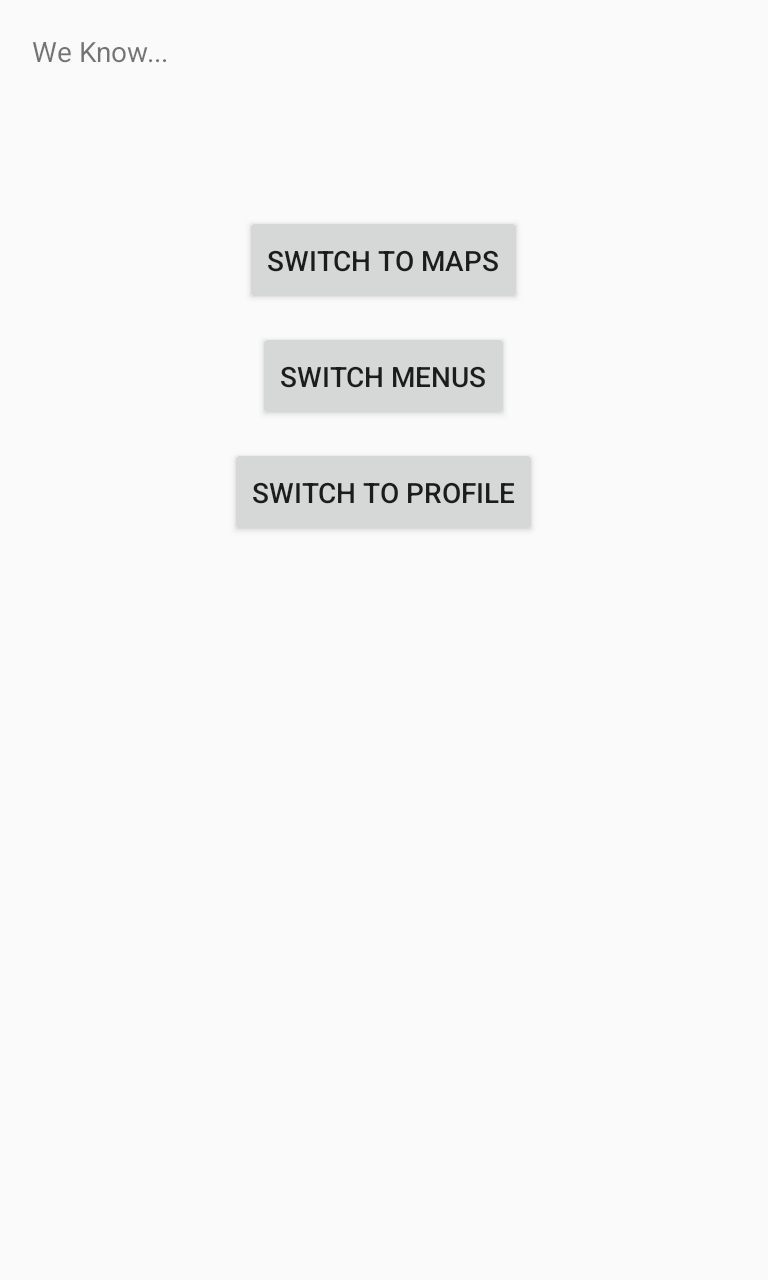
Repository: morgancundiff/TrollApp
Layout: Troll/res/layout/activity_main.xml
The author's editor kept a copy of each file at every save. The layout is drawn from the files as they stood at one save, then again after the next save.
It is drawn on a 768 x 1280 px phone screen (xhdpi) without system bars, with theme AppTheme; the app's code is not run.

Above is the layout before, as saved 2014-05-29 03:55:05.

After the next save:
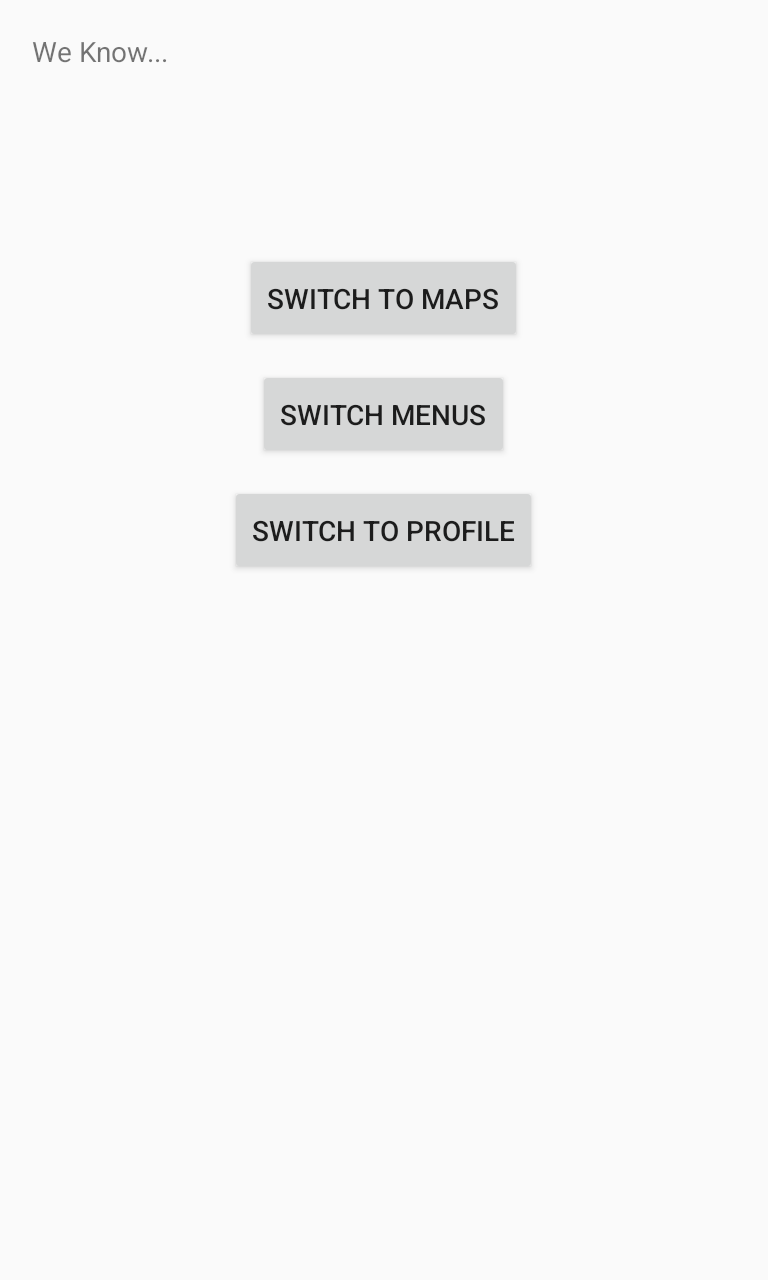
Saved 2 min 15 s later.
--- a/Troll/res/layout/activity_main.xml
+++ b/Troll/res/layout/activity_main.xml
@@ -17,7 +17,7 @@
         android:id="@+id/mapsBtn"
         android:layout_width="wrap_content"
         android:layout_height="wrap_content"
-        android:layout_below="@+id/textView1"
+        android:layout_below="@+id/factText"
         android:layout_centerHorizontal="true"
         android:layout_marginTop="90dp"
         android:text="Switch to maps" />
